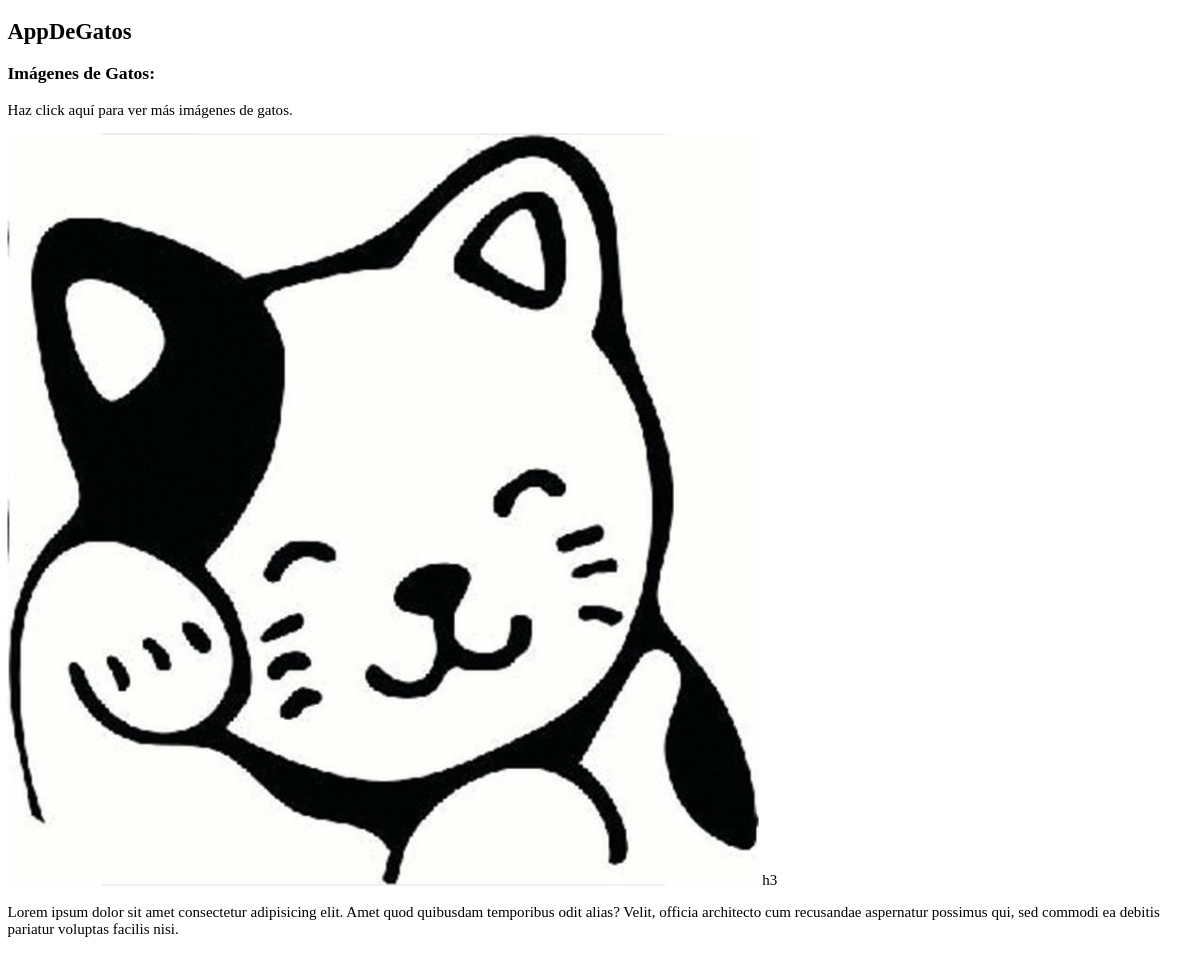
Repository: pedro-donoso/curso-html---css
Page: index.html
The author's editor kept a copy of each file at every save. The page is drawn from the files as they stood at one save, then again after a run of saves.
The browser window is 1280 px wide. The pictures show the whole page, at 94% of full size.

Above is the page before, as saved 2023-11-03 10:46:38.

### index.html
<!DOCTYPE html>
<html lang="es">
<head>
    <meta charset="UTF-8">
    <meta name="viewport" content="width=device-width, initial-scale=1.0">
    <title>Curso HTML & CSS</title>
</head>
<body>
    <h2>AppDeGatos</h2>
    <main>
      <h3>Imágenes de Gatos:</h3>
        <!-- TODO: Agregar enlace a imágenes de gatos -->
                 <p>Haz click aquí para ver más imágenes de gatos.</p>
          <img src="./assets/img/gato.jpg" alt="gato">

          h3
        <p>Lorem ipsum dolor sit amet consectetur adipisicing elit. Amet quod quibusdam temporibus odit alias? Velit, officia architecto cum recusandae aspernatur possimus qui, sed commodi ea debitis pariatur voluptas facilis nisi.</p>

    </main>
</body>
</html>

After the next 2 saves:
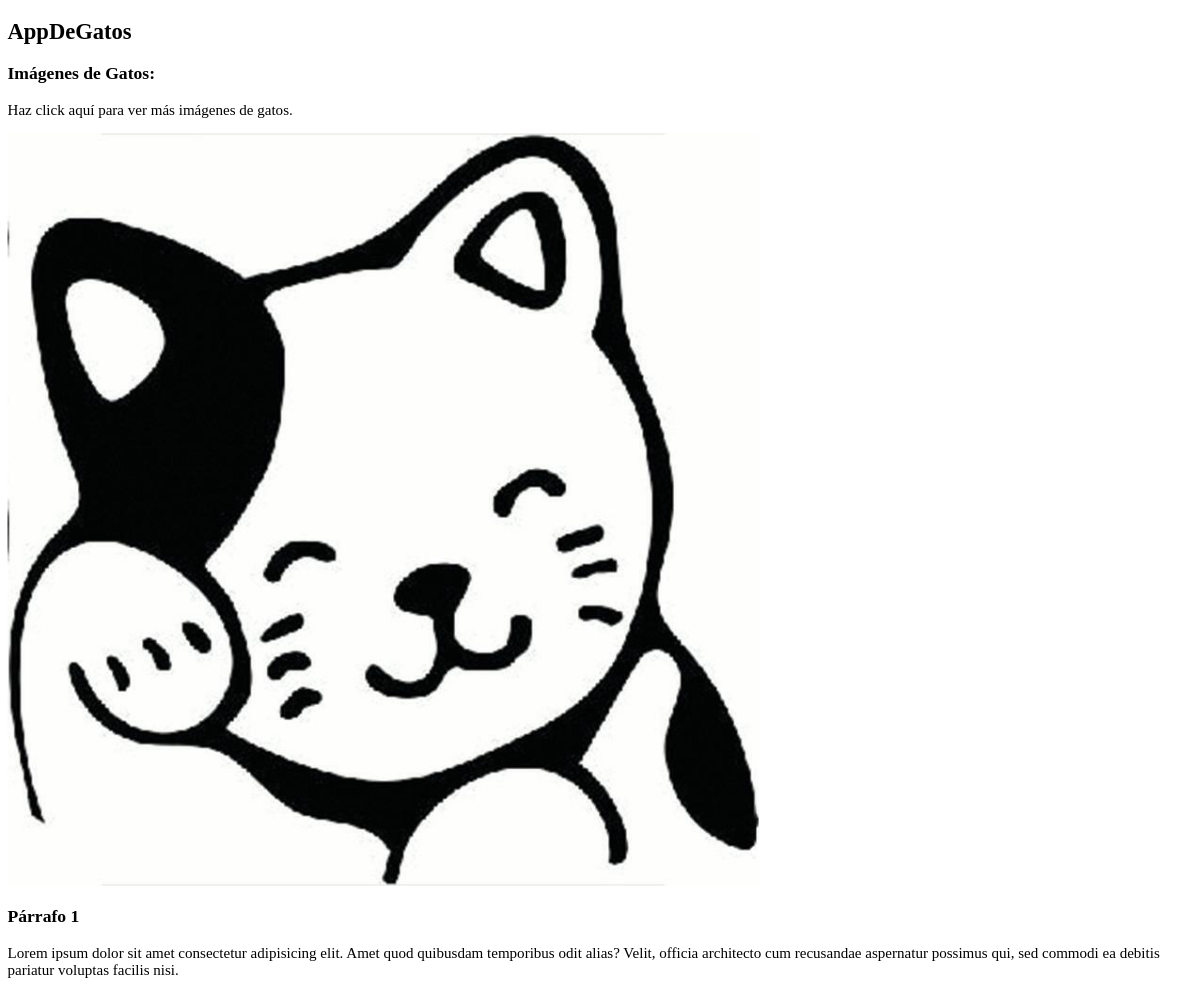
The 2 saves are shown as one change because they came seconds apart.
The last was saved 7 s later.
--- a/index.html
+++ b/index.html
@@ -13,7 +13,7 @@
                  <p>Haz click aquí para ver más imágenes de gatos.</p>
           <img src="./assets/img/gato.jpg" alt="gato">
 
-          h3
+          <h3>Párrafo 1</h3>
         <p>Lorem ipsum dolor sit amet consectetur adipisicing elit. Amet quod quibusdam temporibus odit alias? Velit, officia architecto cum recusandae aspernatur possimus qui, sed commodi ea debitis pariatur voluptas facilis nisi.</p>
 
     </main>
